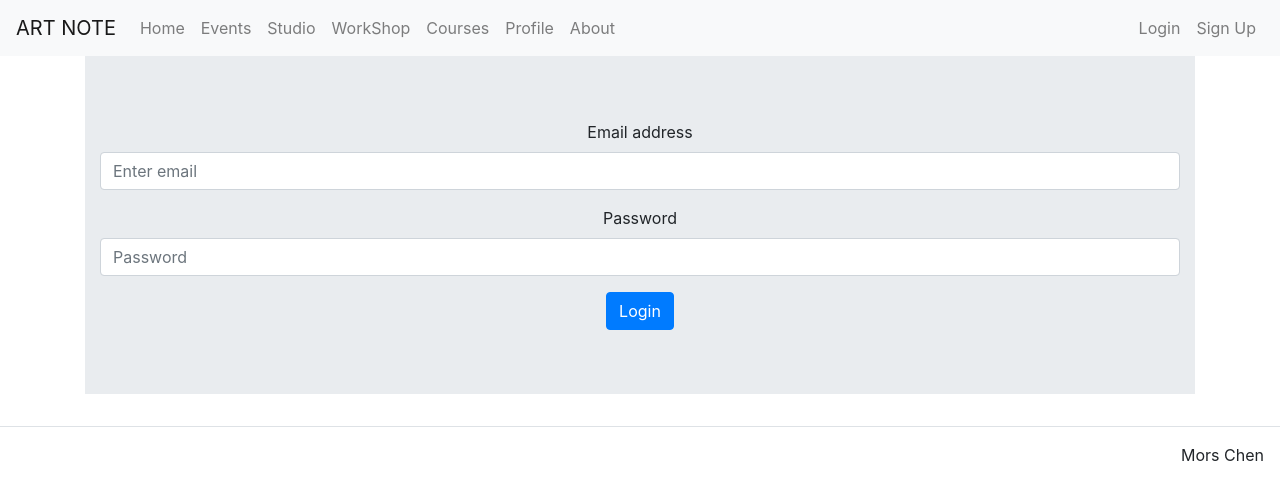
Repository: MorsChen/Final-Client
Page: /login (app in client-app/)
The author's editor kept a copy of each file at every save. The page is drawn from the files as they stood at one save, then again after the next save.
The browser window is 1280 px wide. The pictures show the whole page.
The page's requests for data from a server got no answer. The project was rebuilt for these pictures with package versions that can differ from the ones it lists, and the page was loaded fresh each time. No one was signed in, and anything a server would have sent is missing. Also part of the build but not shown: client-app/src/page/Home.js, client-app/src/page/SignUp.js, client-app/src/page/Profile.js.

Above is the page before, as saved 2019-10-01 14:22:26.

### client-app/public/index.html
<!DOCTYPE html>
<html lang="en">
  <head>
    <meta charset="utf-8" />
    <link rel="shortcut icon" href="%PUBLIC_URL%/favicon.ico" />
    <meta name="viewport" content="width=device-width, initial-scale=1" />
    <meta name="theme-color" content="#000000" />
    <meta
      name="description"
      content="Web site created using create-react-app"
    />
    <link rel="apple-touch-icon" href="logo192.png" />
    <link
        rel="stylesheet"
        href="https://maxcdn.bootstrapcdn.com/bootstrap/4.3.1/css/bootstrap.min.css"
        integrity="sha384-ggOyR0iXCbMQv3Xipma34MD+dH/1fQ784/j6cY/iJTQUOhcWr7x9JvoRxT2MZw1T"
        crossorigin="anonymous"
      />
    <!--
      manifest.json provides metadata used when your web app is installed on a
      user's mobile device or desktop. See https://developers.google.com/web/fundamentals/web-app-manifest/
    -->
    <link rel="manifest" href="%PUBLIC_URL%/manifest.json" />
    <!--
      Notice the use of %PUBLIC_URL% in the tags above.
      It will be replaced with the URL of the `public` folder during the build.
      Only files inside the `public` folder can be referenced from the HTML.

      Unlike "/favicon.ico" or "favicon.ico", "%PUBLIC_URL%/favicon.ico" will
      work correctly both with client-side routing and a non-root public URL.
      Learn how to configure a non-root public URL by running `npm run build`.
    -->
    <title>Art Note</title>
  </head>
  <body>
    <noscript>You need to enable JavaScript to run this app.</noscript>
    <div id="root"></div>
    <!--
      This HTML file is a template.
      If you open it directly in the browser, you will see an empty page.

      You can add webfonts, meta tags, or analytics to this file.
      The build step will place the bundled scripts into the <body> tag.

      To begin the development, run `npm start` or `yarn start`.
      To create a production bundle, use `npm run build` or `yarn build`.
    -->
  </body>
</html>

### client-app/src/App.js
import React from "react";
import { BrowserRouter as Router, Route } from "react-router-dom";
import "./App.css";
import 'bootstrap/dist/css/bootstrap.min.css';



import Home from "./page/Home";
import SignUp from "./page/SignUp";
import Login from "./page/Login";
import Logout from "./page/Logout";
import Profile from "./page/Profile";
import NavBar from "./static/NavBar";

// const URL = `https://127.0.0.1:5000/`
export default class App extends React.Component {
  constructor(props) {
    super(props);
    const existingToken = localStorage.getItem('token');
    const accessToken = (window.location.search.split("=")[0]==="?api_key") ? window.location.search.split("=")[1] : null;

    if (!accessToken && !existingToken){
        window.location.replace(`localhost:3000/`)
    };

    if (accessToken) {
        localStorage.setItem('token', accessToken);
    };

    this.state = {
      isloading:true,
      events: {},
      blogs: {},
      users: {},
      profiles: {},
      comments: {},
      news: {},
      token: existingToken || accessToken,
      user:{isSignin:false}
    }
  }

  componentDidMount() {
    this.fetchhome()
    this.fetchUser()
  }

  fetchUser= async() =>{
    const a = await fetch('https://127.0.0.1:5000/getuserinfo',{
      headers: {
        "Content-Type": "application/json",
        "Authorization": `Token ${this.state.token}`
      }
    })
    const b = await a.json()
    if (b.status === 200) {
      b.user.isSignin= true;
      b.user.token = this.state.token
      this.setState({isloading:true,user:b.user})
    }
  }

  fetchhome = async()=>{
    const token = this.state.token
    const resp = await fetch(`https://127.0.0.1:5000/userload`, {
            method: "GET",
            headers: ({
                "Content-Type": "application/json",
                "Authorization": `Token ${token}`
                })
            });
    const data = await resp.json()
  }

  getToken = (token) => {
    this.setState({token : token})

  }
  // isSignin = () =>{
  //   if (this.state.token !== null){
  //     this.setState({ isSignin : true})
  //   }else {
  //     this.setState({isSignin: false})
  //   }
  //   localStorage.setItem('isSignin', this.isSignin)
  // }

  render() {
    console.log('check state', this.state)
    return (
      <div className="App">
        <Router>
            <NavBar user = {this.state.user} />


          <div className="mag-top">
            <Route path="/" exact component={Home}/>
            <Route path="/events/" exact component={Events} />
            <Route path="/studio/" exact component={Studio} />
            <Route path="/workshop/" component={Workshop} />
            <Route path="/profile/" exact component={ (props) => <Profile {...props} user = {this.state.user} />} />
            <Route path="/courses/" component={Courses} />
            {/* <Route path="/learningpaths/" component={LearningPaths} /> */}
            <Route path="/login/" component={ (props) => <Login {...props} getToken = {this.getToken} />}/>
            <Route path="/logout/" component= { (props) => <Logout {...props} token = {this.state.token} />}/>
            <Route path="/register/" component={SignUp} />
            <Route path="/about/" component={About} />
          </div>

          <div className="modal-footer">Mors Chen</div>
        </Router>
      </div>
    );
  }

}

function Events() {
  return <div className="FullContent"> Events </div>;
}

function Studio() {
  return <div className="FullContent"> Studio </div>;
}

function Workshop() {
  return <div className="FullContent"> Workshop </div>;
}

function Courses() {
  return <div className="FullContent"> Courses </div>;
}

// function LearningPaths() {
//   return <div> Learning Paths </div>;
// }

function About() {
  return <div className="FullContent"> ABOUT</div>;
}

// function Logout () {
//   return window.location.replace(`${URL}logout`)
// }

### client-app/src/App.css
.App {
  text-align: center;
}

@import url('https://fonts.googleapis.com/css?family=Exo:700');
@import url('https://fonts.googleapis.com/css?family=Abel');

.App-logo {
  height: 40vmin;
}

.App-header {
  background-color: #282c34;
  min-height: 100vh;
  display: flex;
  flex-direction: column;
  align-items: center;
  justify-content: center;
  font-size: calc(10px + 2vmin);
  color: white;
}

.App-link {
  color: #09d3ac;
}

.slider {
  height: 100vh;
  margin-top: -100px;
}

.navbar {
  position: fixed;
  top: 0;
  width: 100%;
  z-index: 1;
  }

.footer {
  position: absolute;
  background-color: #b33939;
  bottom: 0;
  height: 100px;
  width: 100%;
  z-index: 1;
}

.mag-top {
  margin-top: 3.5rem;
}


.flip-card {
  background-color: transparent;
  width: 300px;
  height: 300px;
  perspective: 1000px;
  margin: 1rem;
}

.left-start {
  position: absolute;
  left: 0;
  margin-left: 20rem;
  z-index: 1;
}

.right-start {
  position: absolute;
  right: 0;
  margin-right: 20rem;
  z-index: 1;
}

.flip-card-inner {
  position: relative;
  width: 100%;
  height: 100%;
  text-align: center;
  transition: transform 1s;
  transform-style: preserve-3d;
  box-shadow: 0 4px 8px 0 rgba(0,0,0,0.2);
}

.flip-card:hover .flip-card-inner {
  transform: rotateY(180deg);
}

.flip-card-front, .flip-card-back {
  position: absolute;
  width: 100%;
  height: 100%;
  backface-visibility: hidden;
}

.flip-card-front {
  background-color: #bbb;
  color: black;
}

.flip-card-back {
  background-color: #2980b9;
  color: white;
  transform: rotateY(180deg);
}

.content {
  display: flex;
  width: 100%;
  flex-direction: column;
  align-items: center;
  justify-content: center;
}
.card-content {
  display: flex;
  width: 60%;
  justify-self: center;
  margin-top: 2rem;
  flex-direction: row;
  justify-content: space-between;
  padding: 2rem;
}

.test-div{
  display: flex;
  width: 100%;
  margin-top: 30rem;
  /* height: 500px; */
  color: black;
}



/* Stop------ */
.card-tab {
  background-color: #00b3ff;
  width: 90vw;
  height: auto;
  margin-top: 10rem;
  -webkit-transform: perspective(900px);
  transform: perspective(900px);
  -webkit-transform-style: preserve-3d;
  transform-style: preserve-3d;
}

.card1 {
  text-align:center;
  position: absolute;
  left: 10rem;
  width: 250px;
  height: 350px;
  margin-top: 10px;
  margin-bottom: 10px;
  background: linear-gradient(rgb(225,150,58),rgb(227,144,91));
  transition:.6s;

  transform: rotatex(75deg) translatey(-200px) translatez(-100px);
  box-shadow: 0px 20px 60px rgba(0,0,0, 0.5);
}
.card1:hover{
  transform: rotatex(0deg);
  transition:.6s;
  box-shadow: 0px 0px 20px rgba(0, 0, 0, 0.3);
}
.card1 img{
  transform: translateY(15px);
  width:200px;
  height:120px;
}
h3{
  font-size:25px;
  font-family: 'Abel', sans-serif;
  color:rgb(255,255,255);
  text-shadow: 0 0 2px rgb(255,255,255);
  transform: translatey(10px);
}

.card-font {

  font-family: 'Abel', sans-serif;
  color: white;
  text-align:center;
  width:220px;
  transform: translatex(12px);
}


.card2 {
  text-align:center;
  position: absolute;
  left: 45rem;
  width: 250px;
  height: 350px;
  margin-top: 10px;
  margin-bottom: 10px;
  background: linear-gradient(rgb(93,94,170),rgb(93,66,103));
  animation: animate 1s linear infinite;
  transition:.6s;

  transform: rotatex(75deg) translatey(-200px) translatez(-100px);
  box-shadow: 0px 20px 60px rgba(0, 0, 0, 0.5);
}
.card2:hover{
  transform: rotatex(0deg);
  transition:.6s;
  box-shadow: 0px 0px 20px rgba(0, 0, 0, 0.3);
}
.card2 img{
  transform: translateY(15px);
  width:180px;
  height:150px;
}
.card3 {
  text-align:center;
  position: absolute;
  right: 10rem;
  width: 250px;
  height: 350px;
  margin-top: 10px;
  margin-bottom: 10px;
  background: linear-gradient(#ff5252, #b33939);
  transition:.6s;

  transform: rotatex(75deg) translatey(-200px) translatez(-100px);
  box-shadow: 0px 20px 60px rgba(0, 0, 0, 0.5);
}
.card3:hover{
  transform: rotatex(0deg);
  transition:.6s;
  box-shadow: 0px 0px 20px rgba(0, 0, 0, 0.3);
}
.card3 img{
  transform: translateY(15px);
  width:200px;
  height:120px;
}

### client-app/src/page/Login.js
import React, {Component} from "react";
// import { Form, Col, Button } from "react-bootstrap";
import 'bootstrap/dist/css/bootstrap.min.css';

export default class Login extends Component {
    constructor() {
        super();
        this.state = {
            email: "",
            password: "",
            user: {},
        };
      }

    componentDidMount () {
    }

    handleLogin = async e => {
        e.preventDefault();
        // const response = await fetch(`https://127.0.0.1:5000/users/login`)
        // const data = response.json()
        // console.log ("check", data)
        // if (this.state.password !== this.state.repassword) {
        //     alert("Password and Password confirm must match");
        // }

        let userlogin = {
        email: this.state.email,
        password: this.state.password,
        };
        console.log("check e.target",userlogin)
        const response = await fetch(`https://127.0.0.1:5000/users/login`, {
            method: "POST",
            body: JSON.stringify(userlogin),
            headers: new Headers({
                "Content-Type": "application/json"
            })
        });
        const data = await response.json()
        console.log("check resp from login",data)
        if (data.status === 200) {
            this.sendToken(data.token)
            localStorage.setItem('token', data.token)

            return window.location.replace(`http://localhost:3000/`);
        }
            else {return alert('something wrong')}
        };

    sendToken=(token)=>{
        this.props.getToken(token)
    }


    handleChange = e => {
        const name = e.target.name;
        const value = e.target.value;
        this.setState({
            [name]: value
        });
        };

    render() {
        console.log("check email",this.state.email);
        console.log('check isSignin login', this.state.user)

        return (
            <div className="container">
            <div className="jumbotron jumbotron-fluid custome-jumbo">
                <div className="container">
                <form
                    onSubmit={e => this.handleLogin(e)}
                    onChange={e => this.handleChange(e)}
                >
                    <div className="form-group">
                    <label for="exampleInputEmail1">Email address</label>
                    <input
                        type="email"
                        name="email"
                        className="form-control"
                        id="exampleInputEmail1"
                        aria-describedby="emailHelp"
                        placeholder="Enter email"
                        required={true}

                    />
                    {/* <small id="emailHelp" className="form-text text-muted">
                        We'll never share your email with anyone else.
                    </small> */}
                    </div>
                    <div className="form-group">
                    <label for="exampleInputPassword1">Password</label>
                    <input
                        type="password"
                        name="password"
                        className="form-control"
                        id="exampleInputPassword1"
                        placeholder="Password"
                        required={true}
                    />
                    </div>
                    <button
                    type="submit"
                    className="btn btn-primary"
                    >
                    Login
                    </button>
                </form>
                </div>
            </div>
            </div>
        );
    }
}

// function Login() {

//     const [validated, setValidated] = useState(false);

//     const handleSubmit = event => {
//         const form = event.currentTarget;
//         if (form.checkValidity() === false) {
//         event.preventDefault();
//         event.stopPropagation();
//         }

//         setValidated(true);
//     };

//         return (
//             <div className="FullContent">
//                 <div><h3>Login</h3></div>
//                 <Form className="form-content" noValidate validated={validated} onSubmit={handleSubmit}>
//                     <Form.Row>
//                         <Form.Group as={Col} md="6" controlId="formHorizontalEmail">
//                             <Form.Label>Email</Form.Label>
//                             <Form.Control
//                             required
//                             type="email"
//                             placeholder="Email" />
//                         <Form.Control.Feedback>Looks good!</Form.Control.Feedback>
//                         <Form.Control.Feedback type="invalid">
//                             Please input your email.
//                             </Form.Control.Feedback>
//                         </Form.Group>

//                         <Form.Group as={Col} md="6" controlId="formHorizontalPassword">
//                             <Form.Label>Password</Form.Label>
//                             <Form.Control
//                             required
//                             type="password"
//                             placeholder="Password" />
//                         <Form.Control.Feedback>Looks good!</Form.Control.Feedback>
//                         <Form.Control.Feedback type="invalid">
//                             Please input password.
//                             </Form.Control.Feedback>
//                         </Form.Group>
//                     </Form.Row>
//                     <Form.Group>
//                         <Form.Check
//                         label="Remember Me"
//                         />
//                     </Form.Group>
//                     <Button type="submit">Sign in</Button>

//                     <Button onClick={()=>window.location.replace("https://127.0.0.1:5000/login/facebook")}>Sign in with FaceBook</Button>
//                 </Form>
//             </div>


//         )
// }
// export default Login;


// class Login extends React.Component {
//     constructor() {
//       super();
//       this.handleSubmit = this.handleSubmit.bind(this);
//     }

//     handleSubmit(event) {
//         event.preventDefault();
//         const data = new FormData(event.target);

//         const [month, day, year] = data.get('birthdate').split('/');
//         const serverDate = `${year}-${month}-${day}`;

//         data.set('birthdate', serverDate);
//         data.set('username', data.get('username').toUpperCase());

//         for (let name of data.keys()) {
//             const input = form.elements[name];
//             const parserName = input.dataset.parse;

//             if (parserName) {
//               const parser = inputParsers[parserName];
//               const parsedValue = parser(data.get(name));
//               data.set(name, parsedValue);
//             }
//           }

//         console.log("check data", data)
//     //   fetch('/api/form-submit-url', {
//     //     method: 'POST',
//     //     body: data,
//     //   });
//     }

//     render() {
//       return (
//         <form onSubmit={this.handleSubmit}>
//           <label htmlFor="username">Enter username</label>
//           <input id="username" name="username" type="text" />

//           <label htmlFor="email">Enter your email</label>
//           <input id="email" name="email" type="email" />

//           <label htmlFor="birthdate">Enter your birth date</label>
//           <input id="birthdate" name="birthdate" type="text" data-parse="date" />

//           <button>Send data!</button>
//         </form>
//       );
//     }
//   }

//   export default Login

### client-app/src/page/Logout.js
import React from "react";

const URL = `https://127.0.0.1:5000/`

export default class Logout extends React.Component {
    constructor(props){
        super(props)
        this.state = {...props}
        console.log('check props', this.state)

    }

    componentDidMount(){
        this.deltoken()
    }
    deltoken = async () => {
        console.log('check token inside', this.state.token)
        console.log('check URL', `${URL}logout`)
        const response = await fetch(`${URL}logout`, {
        method: 'GET',
        headers: {
            'Accept': 'application/json',
            'Content-Type': 'application/json',
            'Authorization': `Token ${this.state.token}`
        }
        })
        const status = await response.json()
        console.log('STATUS',status.status)
        if (status.status === 200) {
            localStorage.clear('token')
            this.setState({ token: null })
            return window.location.replace(`http://localhost:3000/`);}
            else {return alert('something wrong')}
    }
    sendToken=(token)=>{
        this.props.getToken({token: token})
    }

    render (){

        return [

        ]
    }
}

### client-app/src/static/NavBar.js
import React from "react";
import { Link } from "react-router-dom";
import { Navbar, Nav} from "react-bootstrap";


export default class NavBar extends React.Component {


  render () {
    console.log('check pass user', this.props.user)
      return [
          <Navbar bg="light" expand="lg">
          <Link class="navbar-brand" to="/">ART NOTE</Link>
            <Navbar.Toggle aria-controls="basic-navbar-nav" />
            <Navbar.Collapse id="basic-navbar-nav">
              <Nav className="mr-auto">
                <Link class="nav-link" to="/">
                    Home
                  </Link>
                  <Link class="nav-link" to="/events/">
                    Events
                  </Link>
                  <Link class="nav-link" to="/studio/">
                    Studio
                  </Link>
                  <Link class="nav-link" to="/workshop/">
                    WorkShop
                  </Link>
                  <Link class="nav-link" to="/courses/">
                    Courses
                  </Link>
                  <Link class="nav-link" to="/profile/">
                    Profile
                  </Link>
                  <Link class="nav-link" to="/about/">
                    About
                  </Link>
                {/* <NavDropdown title="Dropdown" id="basic-nav-dropdown">
                  <NavDropdown.Item href="#action/3.1">Action</NavDropdown.Item>
                  <NavDropdown.Item href="#action/3.2">Another action</NavDropdown.Item>
                  <NavDropdown.Item href="#action/3.3">Something</NavDropdown.Item>
                  <NavDropdown.Divider />
                  <NavDropdown.Item href="#action/3.4">Separated link</NavDropdown.Item>
                </NavDropdown> */}
              </Nav>
              <Nav className="mr-0">
                  {this.props.user.isSignin ? <><Link class="nav-link" to="/logout">Logout</Link>
                  </> : <>
                      <Link class="nav-link" to="/login">Login</Link>
                      <Link class="nav-link" to="/register">Sign Up</Link></>}
              </Nav>
            </Navbar.Collapse>
          </Navbar>

      ]
  }
}

Loaded but not shown: client-app/src/index.js (common file); client-app/src/index.css (common file); client-app/src/serviceWorker.js (common file)

After the next save:
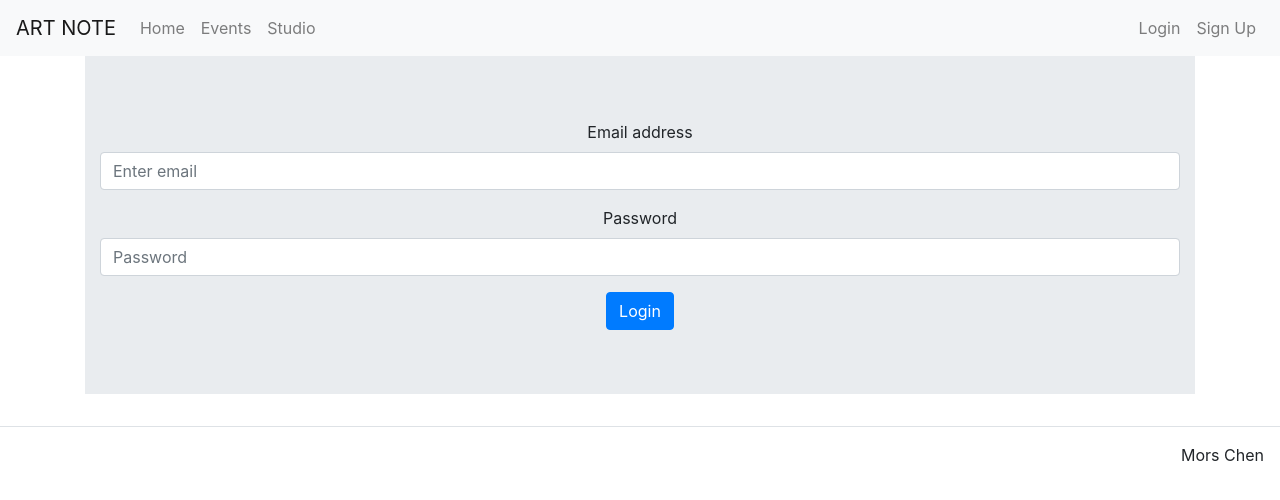
Saved 118 s later.
--- a/client-app/src/static/NavBar.js
+++ b/client-app/src/static/NavBar.js
@@ -23,18 +23,22 @@ export default class NavBar extends React.Component {
                   <Link class="nav-link" to="/studio/">
                     Studio
                   </Link>
-                  <Link class="nav-link" to="/workshop/">
+                  {this.props.user.isSignin ? <>
+                    <Link class="nav-link" to="/workshop/">
                     WorkShop
-                  </Link>
-                  <Link class="nav-link" to="/courses/">
-                    Courses
-                  </Link>
-                  <Link class="nav-link" to="/profile/">
-                    Profile
-                  </Link>
-                  <Link class="nav-link" to="/about/">
-                    About
-                  </Link>
+                    </Link>
+                    <Link class="nav-link" to="/courses/">
+                      Courses
+                    </Link>
+                    <Link class="nav-link" to="/profile/">
+                      Profile
+                    </Link>
+                    <Link class="nav-link" to="/about/">
+                      About
+                    </Link>
+                    </> : <>
+                      </>}
+
                 {/* <NavDropdown title="Dropdown" id="basic-nav-dropdown">
                   <NavDropdown.Item href="#action/3.1">Action</NavDropdown.Item>
                   <NavDropdown.Item href="#action/3.2">Another action</NavDropdown.Item>
